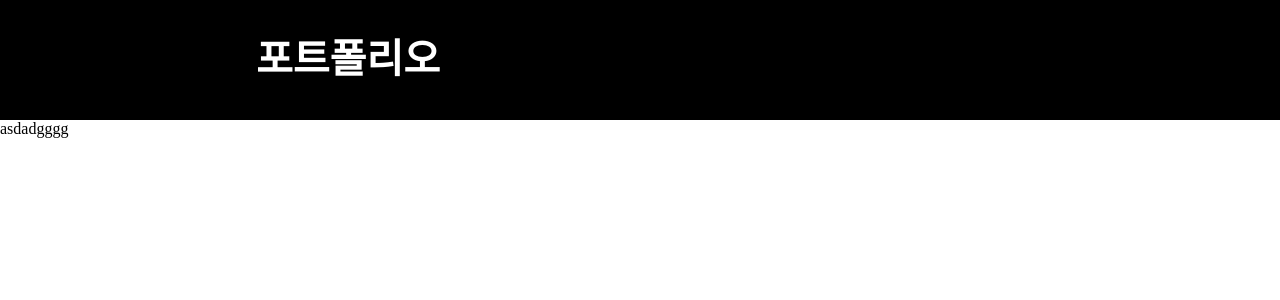
Repository: ItChoi/CSS-Study
Page: Css/WebContent/html/boostcourse/project-A1/portfolio.html
An editor plug-in stored every save of this project. The page is shown before and after the next save, followed by the edit.
The browser window is 1280 px wide. The pictures show the whole page.

Above is the page before, as saved 2019-06-17 12:45:02.

### Css/WebContent/html/boostcourse/project-A1/portfolio.html
<!DOCTYPE html>
<html>
<head>
	<link href="../../../css/boostcourse/project-A1/portfolio.css" rel="stylesheet" type="text/css">

</head>
<body>
	<div class="wrap">

		<div class="header">

		</div>

		<div class="content">

			<div class="con_header">
				<p class="title">포트폴리오</p>
			</div>

			<div class="con_content">

				<div class="button_list">

				</div>



			</div>

		</div>

		<div class="footer">
		asdadgggg
		</div>


	</div>

</body>
</html>

### Css/WebContent/css/boostcourse/project-A1/portfolio.css
html, body, .wrap {
	margin: 0px;
	padding: 0px;
}

.header {
	width: 100%;
	height: 120px;
	background: #000;

	position: relative;

}

.content {
	position: absolute;
	top: 0;
	left: 20%;
	right: 20%;
}

.con_header {
	width: 1000px;
	height: 120px;
}

.title {
	margin: 0px;
	color: #fff;
	font-size: 40px;
	font-weight: bold;
	line-height: 120px;
}

After the next save:
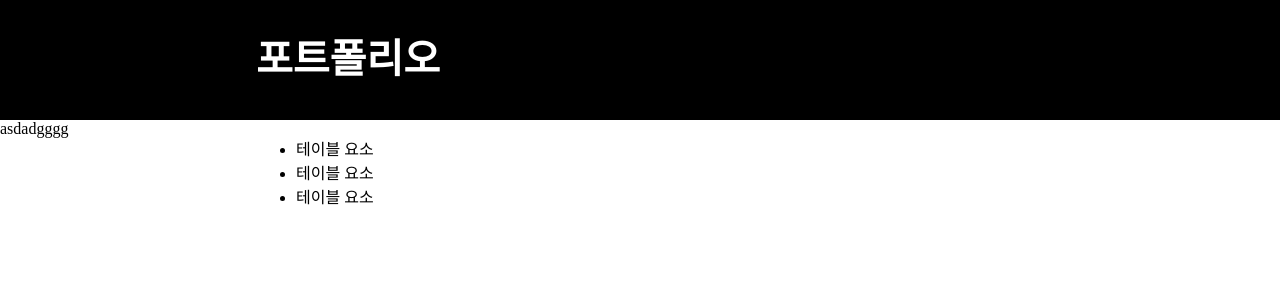
Saved 63 s later.
--- a/Css/WebContent/html/boostcourse/project-A1/portfolio.html
+++ b/Css/WebContent/html/boostcourse/project-A1/portfolio.html
@@ -20,7 +20,11 @@
 			<div class="con_content">
 
 				<div class="button_list">
-
+					<ul>
+						<li>테이블 요소</li>
+						<li>테이블 요소</li>
+						<li>테이블 요소</li>
+					</ul>
 				</div>
 
 
